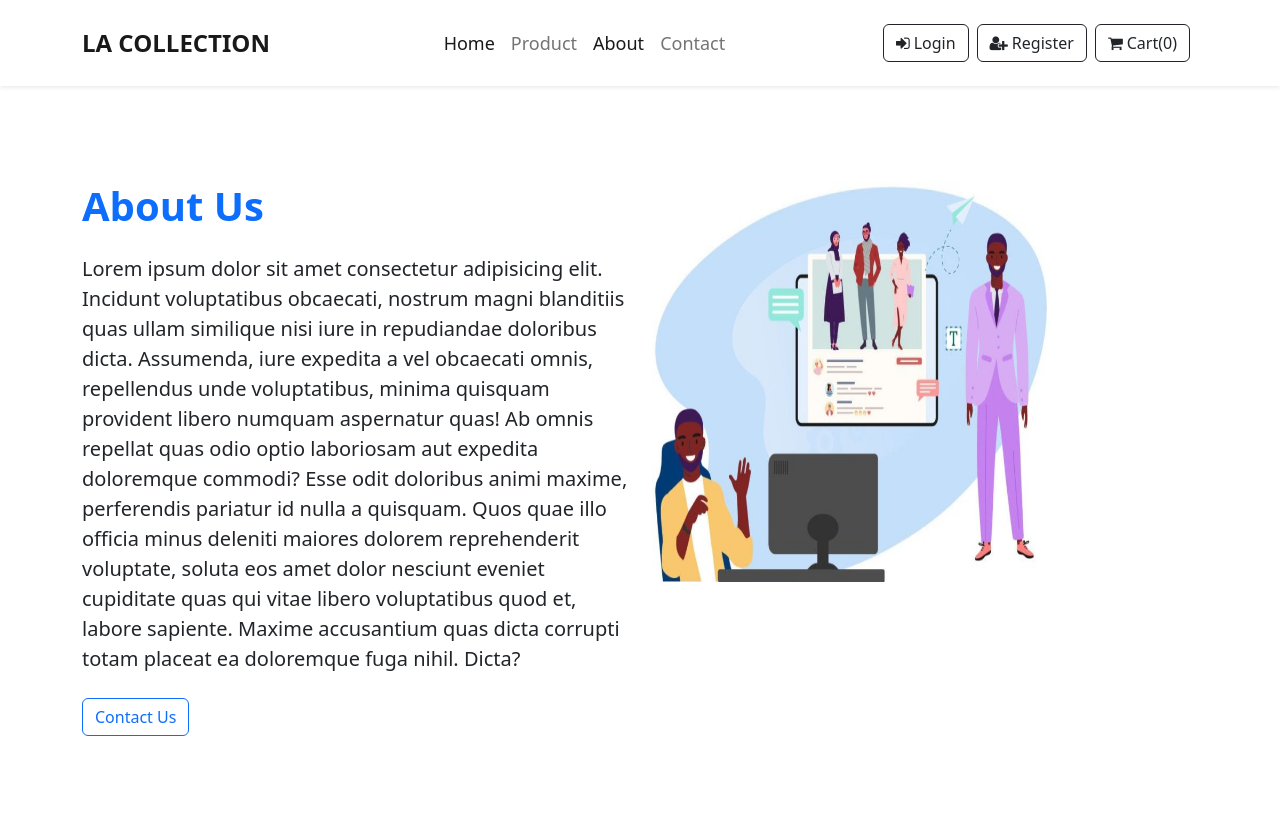
Repository: tiendungjr123/Ecommerce
Page: /about
The author's editor kept a copy of each file at every save. The page is drawn from the files as they stood at one save, then again after the next save.
The browser window is 1280 px wide. The pictures show the whole page.
The project was rebuilt for these pictures with package versions that can differ from the ones it lists, and the page was loaded fresh each time. Also part of the build but not shown: src/components/Products.jsx, src/components/Home.jsx, src/redux/action/index.js, src/components/ProductDetail.jsx.

Above is the page before, as saved 2022-10-04 10:40:37.

After the next save:
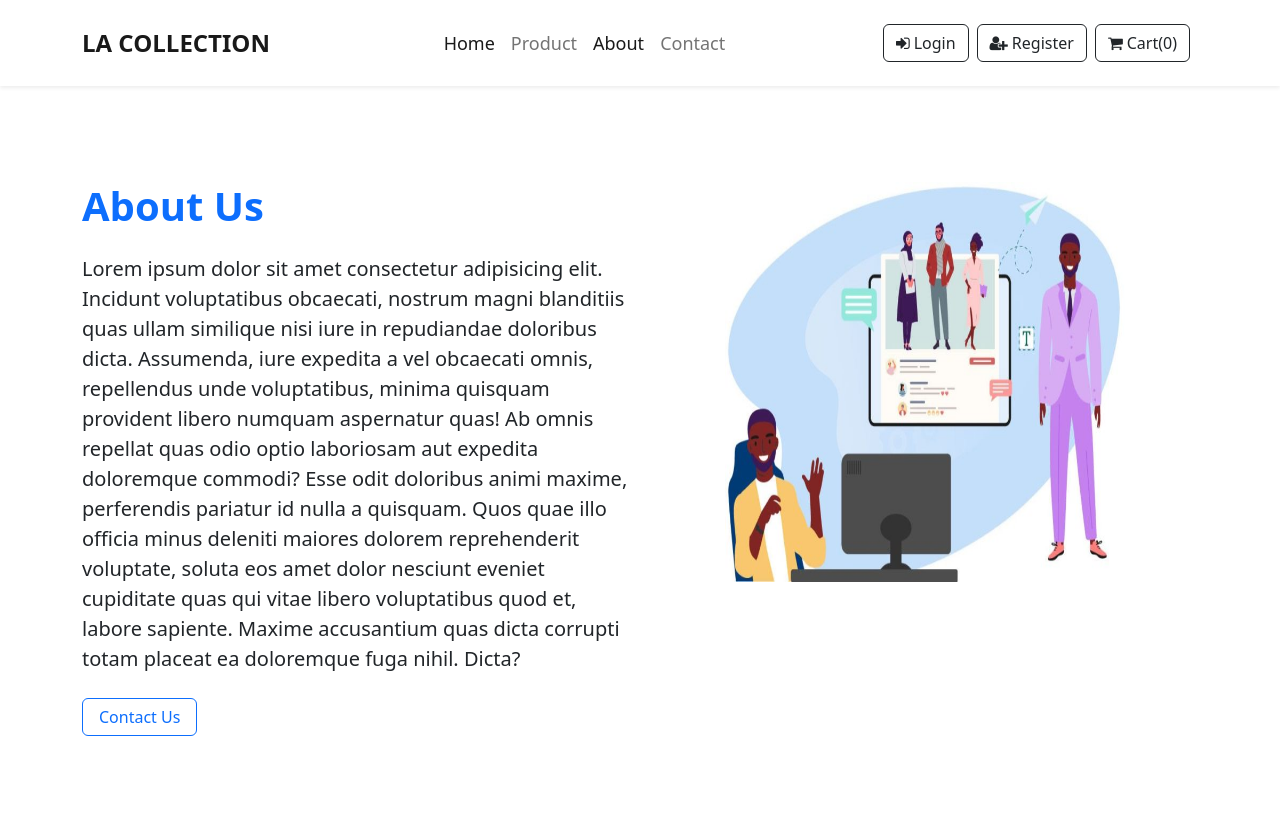
Saved 76 s later.
--- a/src/components/About.jsx
+++ b/src/components/About.jsx
@@ -9,9 +9,9 @@ const About = () => {
                <div className="col-md-6">
                   <h1 className='text-primary fw-bold mb-4'>About Us</h1>
                   <p className='lead mb-4'>Lorem ipsum dolor sit amet consectetur adipisicing elit. Incidunt voluptatibus obcaecati, nostrum magni blanditiis quas ullam similique nisi iure in repudiandae doloribus dicta. Assumenda, iure expedita a vel obcaecati omnis, repellendus unde voluptatibus, minima quisquam provident libero numquam aspernatur quas! Ab omnis repellat quas odio optio laboriosam aut expedita doloremque commodi? Esse odit doloribus animi maxime, perferendis pariatur id nulla a quisquam. Quos quae illo officia minus deleniti maiores dolorem reprehenderit voluptate, soluta eos amet dolor nesciunt eveniet cupiditate quas qui vitae libero voluptatibus quod et, labore sapiente. Maxime accusantium quas dicta corrupti totam placeat ea doloremque fuga nihil. Dicta?</p>
-                  <NavLink to='/contact' className='btn btn-outline-primary'>Contact Us</NavLink>
+                  <NavLink to='/contact' className='btn btn-outline-primary px-3'>Contact Us</NavLink>
                </div>
-               <div className="col-md-6">
+               <div className="col-md-6 d-flex justify-content-center">
                   <img src="/assets/about.jpg" alt="About Us" height="400px" width="400px" />
                </div>
             </div>
